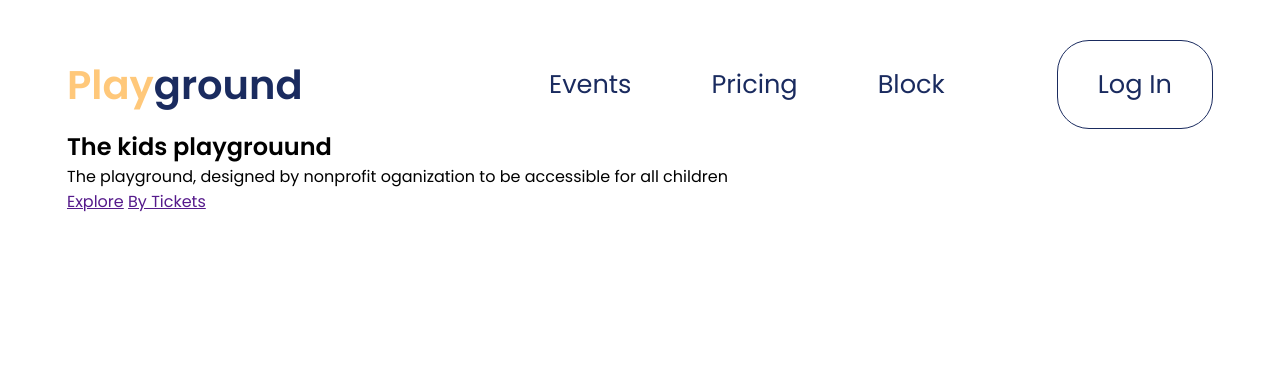
Repository: tuanpham-aptech/front-end
Page: psdtohtml/playgroud/index.html
The author's editor kept a copy of each file at every save. The page is drawn from the files as they stood at one save, then again after the next save.
The browser window is 1280 px wide. The pictures show the whole page.
Some web libraries are served in a nearby version.

Above is the page before, as saved 2021-10-13 17:45:31.

After the next save:
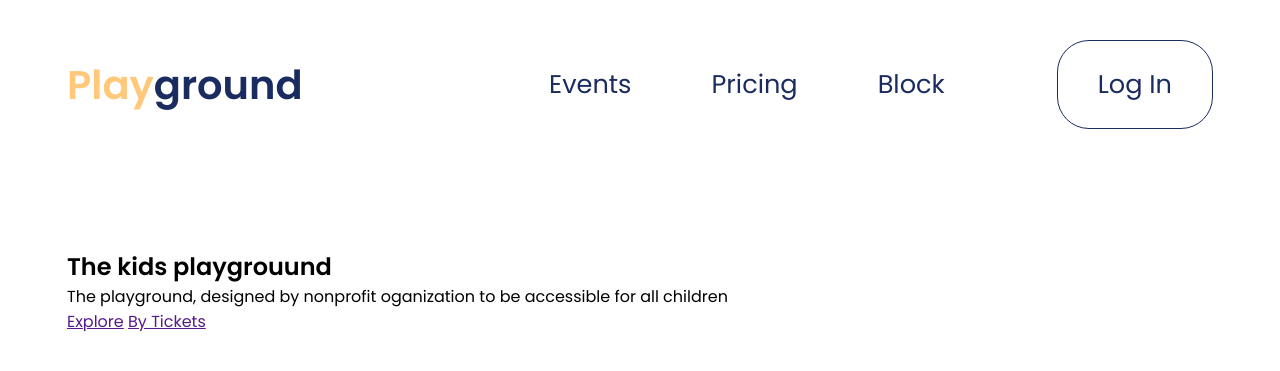
Saved 5 s later.
--- a/psdtohtml/playgroud/assets/css/style.css
+++ b/psdtohtml/playgroud/assets/css/style.css
@@ -77,5 +77,5 @@
 }
 
 .banner {
-    pa
+    padding-top: 120px;
 }
